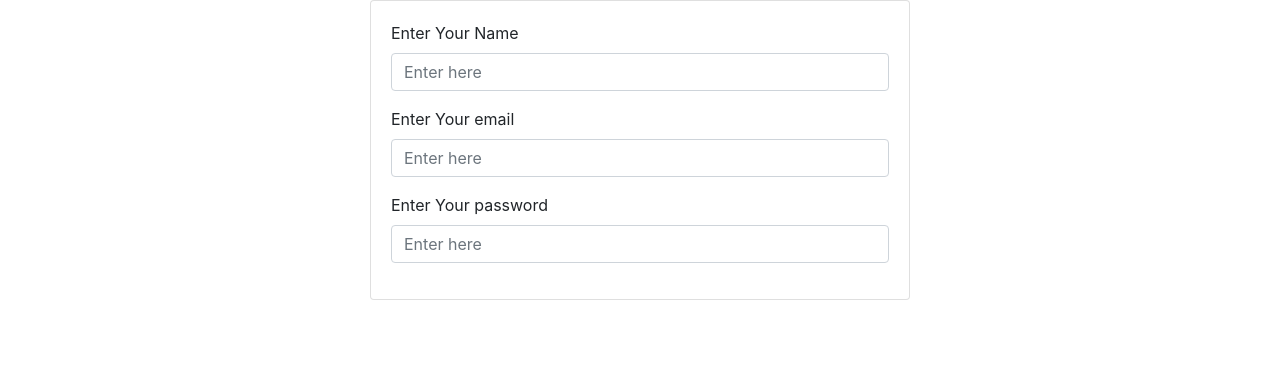
Repository: Hashim-Ansari-82/Servlet-And-JSP
Page: Submit-Form-App/src/main/webapp/index.html
An editor plug-in stored every save of this project. The page is shown before and after the next save, followed by the edit.
The browser window is 1280 px wide. The pictures show the whole page.
Some web libraries are served in a nearby version.

Above is the page before, as saved 2026-06-03 19:15:58.

After the next save:
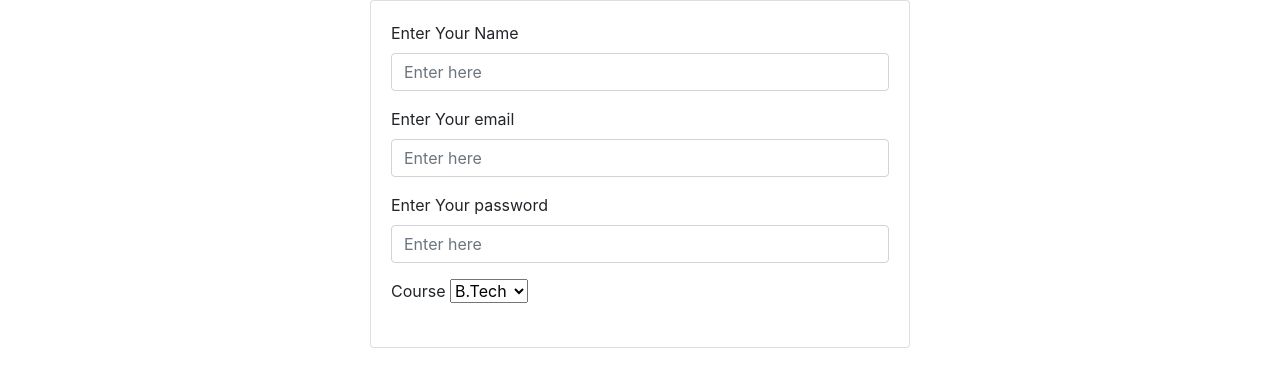
Saved 118 s later.
--- a/Submit-Form-App/src/main/webapp/index.html
+++ b/Submit-Form-App/src/main/webapp/index.html
@@ -28,6 +28,16 @@
 								<label>Enter Your password</label> <input type="text"
 									name="password" class="form-control" placeholder="Enter here">
 							</div>
+							<div class="form-group">
+								<label>Course</label> <select>
+								<option>B.Tech</option>
+								<option>M.Tech</option>
+								<option>BCA</option>
+								<option>MCA</option>
+								<option>BSC IT</option>
+								<option>MSC IT</option>
+								</select>
+							</div>
 						</form>
 					</div>
 				</div>
